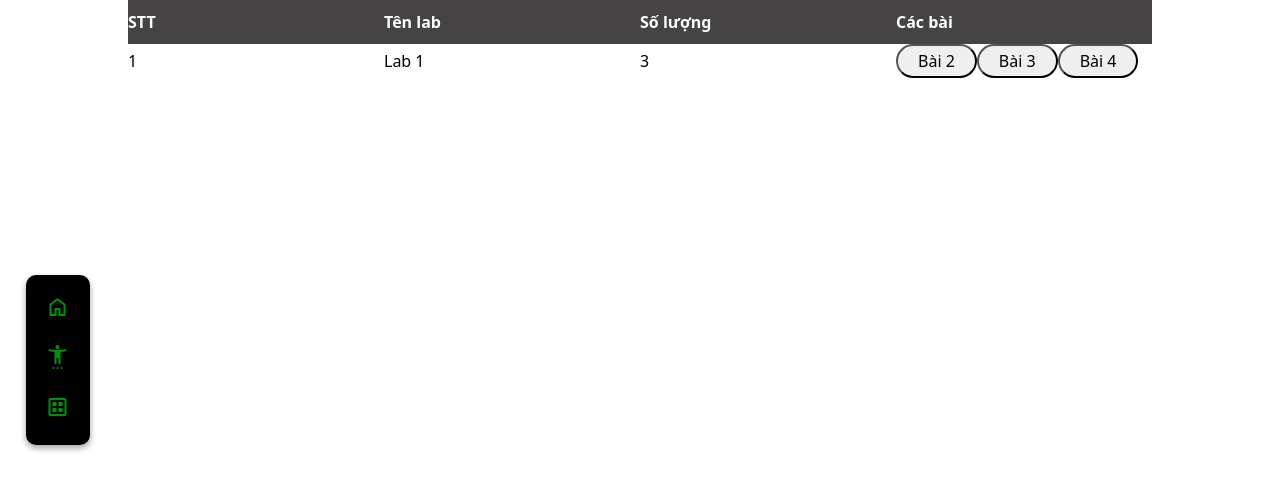
Repository: tuankiet10920/homeworkFEF
Page: /labs
The author's editor kept a copy of each file at every save. The page is drawn from the files as they stood at one save, then again after the next save.
The browser window is 1280 px wide. The pictures show the whole page.
The project was rebuilt for these pictures with package versions that can differ from the ones it lists, and the page was loaded fresh each time. Also part of the build but not shown: vite.config.js, src/components/HelloWorld.vue, src/Labs/Lab1/Bai2.vue, src/views/HomeView.vue.

Above is the page before, as saved 2024-10-22 18:24:02.

After the next save:
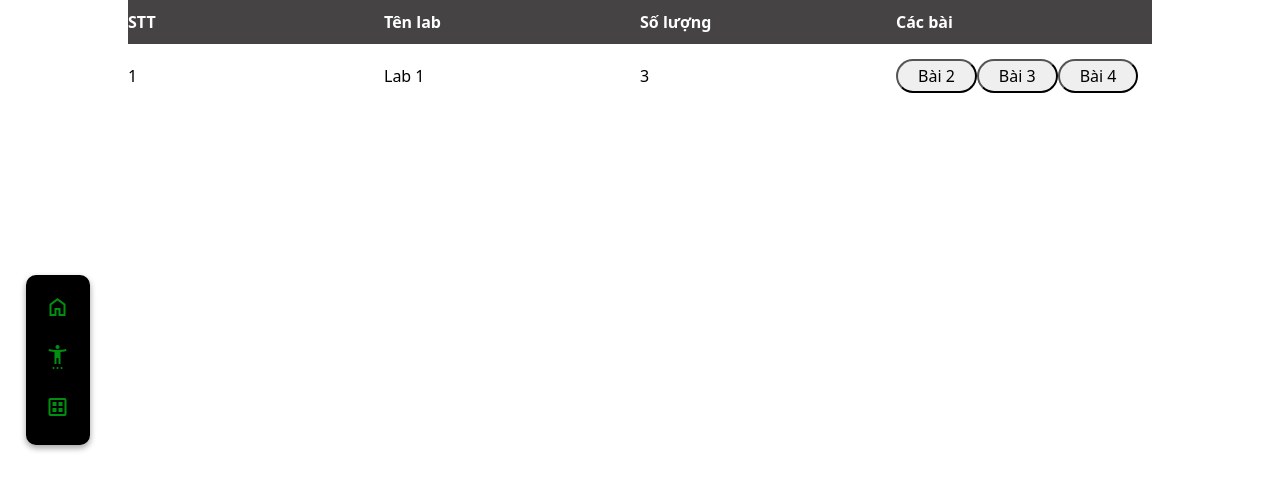
Saved 12 s later.
--- a/src/views/LabView.vue
+++ b/src/views/LabView.vue
@@ -63,7 +63,8 @@ th {
   background: #454343;
   color: #fff;
 }
-th {
+td {
+  padding: 15px 0px;
 }
 button {
   padding: 3px 20px;
